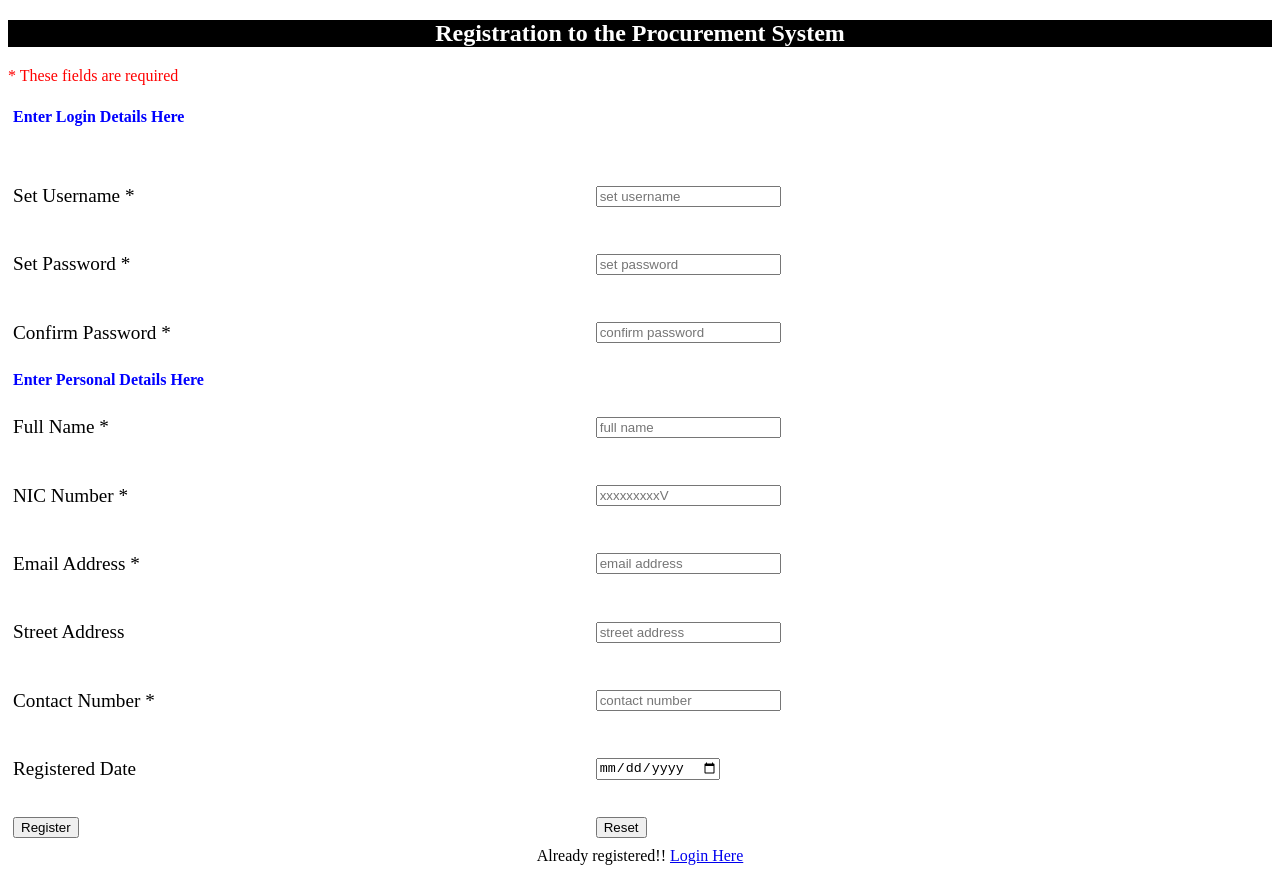
Repository: nirmaniPathiranage/CSSE-Procurement-Management
Page: http://localhost/Item_Management/Register.jsp
The author's editor kept a copy of each file at every save. The page is drawn from the files as they stood at one save, then again after the next save.
The browser window is 1280 px wide. The pictures show the whole page.
The page is served by Tomcat 9.

Above is the page before, as saved 2019-09-29 17:50:38.

After the next save:
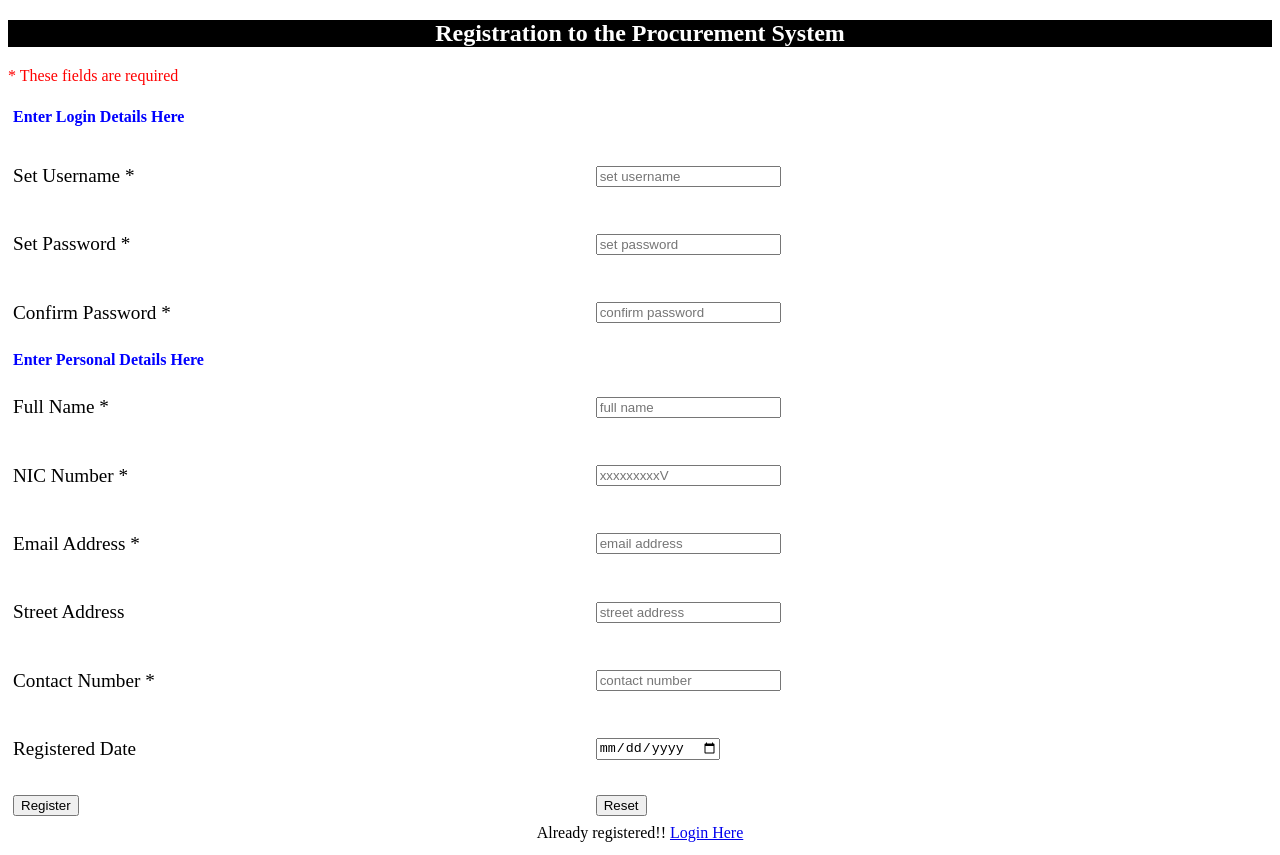
Saved 73 s later.
--- a/Item_Management/WebContent/Register.jsp
+++ b/Item_Management/WebContent/Register.jsp
@@ -61,7 +61,7 @@
 		method="post" onSubmit="return validate();">
 		<table border="0" cellpadding="3" style="width: 100%">
 			<font color="red">* These fields are required</font>
-			<tr height="30px">
+			<tr height="10px">
 				<br>
 				<br>
 			<thead>
@@ -74,12 +74,12 @@
 			<td><input type="text" name="username"
 				placeholder="set username" class="box" autocomplete="off" required /></td>
 			</tr>
-			<tr height="30px">
+			<tr height="10px">
 				<td><p style="font-size: larger">Set Password *</td>
 				<td><input type="password" name="password"
 					placeholder="set password" class="box" autocomplete="off" required /></td>
 			</tr>
-			<tr height="30px">
+			<tr height="10px">
 				<td><p style="font-size: larger">Confirm Password *</td>
 				<td><input type="password" name="confirmpassword"
 					placeholder="confirm password" class="box" autocomplete="off"
@@ -91,7 +91,7 @@
 							Details Here</font></th>
 				</tr>
 			</thead>
-			<tr height="30px">
+			<tr height="10px">
 				<td><p style="font-size: larger">Full Name *</td>
 				<td><input list="status" name="fullname"
 					placeholder="full name" class="box" /></td>
@@ -104,29 +104,29 @@
 				</datalist>
 				</td>
 			</tr>
-			<tr height="30px">
+			<tr height="10px">
 				<td><p style="font-size: larger">NIC Number *</td>
 				<td><input type="text" name="nicno" placeholder="xxxxxxxxxV"
 					class="box" autocomplete="off" required /></td>
 			</tr>
-			<tr height="30px">
+			<tr height="10px">
 				<td><p style="font-size: larger">Email Address *</td>
 				<td><input type="email" name="emailaddress"
 					placeholder="email address" class="box" autocomplete="off" required /></td>
 			</tr>
-			<tr height="30px">
+			<tr height="10px">
 				<td><p style="font-size: larger">Street Address</td>
 				<td><input type="text" name="streetaddress"
 					placeholder="street address" class="box" autocomplete="off"
 					required /></td>
 			</tr>
-			<tr height="30px">
+			<tr height="10px">
 				<td><p style="font-size: larger">Contact Number *</td>
 				<td><input type="text" name="contactno"
 					placeholder="contact number" class="box" autocomplete="off"
 					required /></td>
 			</tr>
-			<tr height="30px">
+			<tr height="10px">
 				<td><p style="font-size: larger">Registered Date</td>
 				<td><input type="date" name="regdate" placeholder="yyyy-MM-dd"
 					class="box" autocomplete="off" required /></td>
@@ -134,7 +134,7 @@
 			<tr>
 				<td><%=(request.getAttribute("errMessage") == null) ? "" : request.getAttribute("errMessage")%></td>
 			</tr>
-			<tr height="30px">
+			<tr height="10px">
 				<td><input type="submit" value="Register"></input></td>
 				<td><input type="reset" value="Reset"></input></td>
 			</tr>
